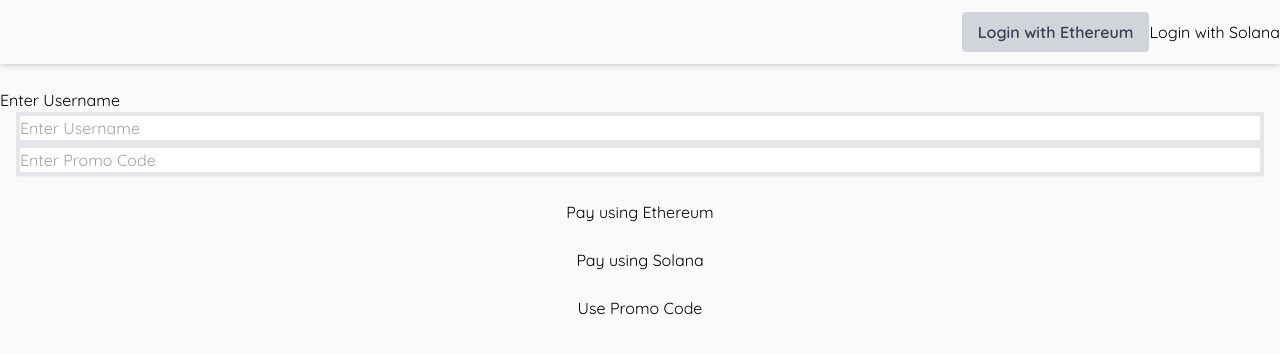
Repository: 22shivam/Polychain
Page: / (app in frontend/)
These files come from the project's save history. The page is drawn as it stood at one moment and after the next save; the edit follows.
The browser window is 1280 px wide. The pictures show the whole page.
The page's requests for data from a server got no answer. The project was rebuilt for these pictures with package versions that can differ from the ones it lists, and the page was loaded fresh each time. The framework's server and built-in components were replaced by stand-ins that run in the browser. No one was signed in, and anything a server would have sent is missing. Also part of the build but not shown: frontend/next.config.js.

Above is the page before, as saved 2022-01-01 11:52:08.

### frontend/pages/_app.js
import React from 'react';
import '../styles/globals.css'
import { useState, createContext } from 'react';

const UserContext = createContext({
  userAccount: "",
  setUserAccount: () => { }
});

function MyApp({ Component, pageProps }) {
  const [userAccount, setUserAccount] = useState({});
  const value = { userAccount, setUserAccount };
  console.log(userAccount)


  return (
    <UserContext.Provider value={value}>
      <Component {...pageProps} />
    </UserContext.Provider>
  )
}

export default MyApp
export { UserContext };

### frontend/pages/_document.js
import Document, { Html, Head, Main, NextScript } from 'next/document'

class MyDocument extends Document {
    render() {
        return (
            <Html>
                <Head>
                    <script src="https://cdn.jsdelivr.net/gh/alpinejs/alpine@v2.x.x/dist/alpine.min.js" defer></script>
                    <link rel="preconnect" href="https://fonts.googleapis.com" />
                    <link rel="preconnect" href="https://fonts.gstatic.com" crossorigin />
                    <link href="https://fonts.googleapis.com/css2?family=Quicksand:wght@300;400;500;600;700&display=swap" rel="stylesheet" />
                </Head>
                <body className='bg-gray-50'>
                    <Main />
                    <NextScript />
                </body>
            </Html>
        )
    }
}

export default MyDocument

### frontend/pages/index.js
import { useState, useEffect, useContext } from "react";
import transferSOL from "../lib/transferSol";
import transferEth from "../lib/transferEth";
import createPostRequest from "../lib/createPostRequest";
import { ethers } from "ethers";
import Link from 'next/link'
import getSolanaProvider from "../lib/getSolanaProvider";
import { UserContext } from "./_app";
import * as web3 from "@solana/web3.js";

export default function App() {
    console.log("rerendering")
    const [username, setUsername] = useState("")
    const [promoCode, setPromoCode] = useState("");
    const { userAccount, setUserAccount } = useContext(UserContext);

    const handleLogout = async () => {
        console.log(userAccount.blockchain)
        if (userAccount.blockchain == "sol") {
            window.solana.disconnect()
        }
        const response = await fetch("http://localhost:3001/logout", {
            credentials: 'include'
        })

        const processedResponse = await response.json()
        console.log(processedResponse)
        setUserAccount({})
    }

    useEffect(() => {
        // ask them to login either through solana or eth
        (async () => {
            console.log("fetching username details")
            const response = await fetch("http://localhost:3001/isLoggedIn", {
                credentials: 'include'
            })
            const processedResponse = await response.json()
            console.log("processedResponse", processedResponse)
            if (!processedResponse.isLoggedIn) {
                return console.log("please login first")
            } else {
                setUserAccount({ address: processedResponse.address, blockchain: processedResponse.blockchain })
            }
        })()
    }, [])

    useEffect(() => {
        if (window.ethereum) {
            window.ethereum.on('accountsChanged', handleLogout);
        }
        if (window.solana) {
            window.solana.on("disconnect", handleLogout)
        }
        return () => {
            if (window.ethereum) {
                window.ethereum.removeListener('accountsChanged', handleLogout);
            }
            if (window.solana) {
                window.solana.removeListener("disconnect", handleLogout);
            }
        }
    }, [])

    const registerUsingPromoCode = async (e) => {

        if (!window.ethereum)
            throw new Error("No Ethereum Crypto wallet found. Please install it.");
        // await window.ethereum.send("eth_requestAccounts");
        // const accounts = await window.ethereum.request({ method: 'eth_accounts' });
        if (!userAccount.address) {
            // ask them to login either through solana or eth
            return console.log("please login first")
        }

        const requestObject = {
            username,
            promoCode,
            address: userAccount.address,
            blockchain: userAccount.blockchain
        }

        try {
            const registrationResponse = await createPostRequest("http://localhost:3001/register/promo", requestObject)
            console.log(registrationResponse)
        } catch (err) { console.log("registration failed:", err) }

    }

    const registerUsingSolana = async (e) => {
        const coinbaseResponse = await fetch("https://api.coinbase.com/v2/exchange-rates")
        const data = await coinbaseResponse.json()
        const solPerUSD = data.data.rates.SOL
        const SOLpayValue = solPerUSD * 5
        const hash = await transferSOL(SOLpayValue, "AA6bqLgTzYPpFFH2R9XLdudibWcemLkKDRtZmPQEsEiS", setUserAccount);
        if (!hash) { return }

        const requestObject = {
            hash,
            username
        }

        try {
            const registrationResponse = await createPostRequest("http://localhost:3001/register/sol", requestObject)
            console.log(registrationResponse)
        } catch (err) { console.log("registration failed:", err) }


    }

    const registerUsingEthereum = async (e) => {
        // make get request to https://api.coinbase.com/v2/exchange-rates
        // get the USD value of ETH
        const coinbaseResponse = await fetch("https://api.coinbase.com/v2/exchange-rates")
        const data = await coinbaseResponse.json()
        const ethPerUSD = data.data.rates.ETH
        const ETHpayValue = ethPerUSD * 5

        const tx = await transferEth({
            ether: ETHpayValue.toString(),
            addr: "0x76aEB5092D8eabCec324Be739b8BA5dF473F0055"
        }, setUserAccount)
        if (!tx) { return }

        const requestObject = {
            tx,
            username
        }
        try {
            const registrationResponse = await createPostRequest("http://localhost:3001/register/eth", requestObject)
            console.log(registrationResponse)
        } catch (err) { console.log("registration failed:", err) }
    }

    const ethLogin = async (e) => {
        try {
            if (!window.ethereum)
                throw new Error("No Ethereum Crypto wallet found. Please install it.");
            // await window.ethereum.send("eth_requestAccounts");
            // const accounts = await window.ethereum.request({ method: 'eth_accounts' });
            const accounts = await window.ethereum.request({
                method: "wallet_requestPermissions",
                params: [{
                    eth_accounts: {}
                }]
            }).then(() => ethereum.request({
                method: 'eth_requestAccounts'
            }))
            // const accounts = await ethereum.request({ method: "eth_requestAccounts" })
            const provider = new ethers.providers.Web3Provider(window.ethereum);
            const signer = provider.getSigner();
            const message = `Logging in.... \n \n Random ID: ${Math.random().toString(36).slice(2)}`
            const signature = await signer.signMessage(message)
            const requestObject = {
                signature,
                message,
                address: accounts[0]
            }
            const loginResponse = await createPostRequest("http://localhost:3001/login/eth", requestObject)

            if (loginResponse.success) {
                setUserAccount({ address: accounts[0], blockchain: "eth" })
            }

            console.log(loginResponse)
        } catch (err) { console.log(err) }

    }

    const solLogin = async (e) => {
        try {
            const provider = await (async () => {
                if ("solana" in window) {
                    // await window.solana.request({ method: "disconnect" });
                    await window.solana.connect();
                    const provider = window.solana;
                    console.log("Is Phantom installed?  ", provider.isPhantom);
                    return provider
                } else {
                    window.open("https://www.phantom.app/", "_blank");
                }
            })()
            const message = `Logging in.... \n \n Random ID: ${Math.random().toString(36).slice(2)}`
            const encodedMessage = new TextEncoder().encode(message);
            const signedMessage = await window.solana.signMessage(encodedMessage, "utf8")
            console.log(JSON.parse(JSON.stringify(signedMessage.publicKey)).toString())
            console.log(signedMessage.publicKey.toBase58()) // returns publickey in base58.
            console.log(new web3.PublicKey(signedMessage.publicKey.toBase58()))
            console.log(Object.getPrototypeOf(signedMessage.publicKey))
            console.log(signedMessage.publicKey)
            console.log(signedMessage.publicKey)
            console.log(signedMessage.publicKey._bn)
            console.log(signedMessage)
            console.log(JSON.stringify(signedMessage))


            const requestObject = {
                signedMessage: signedMessage,
                message,
                address: signedMessage.publicKey.toBytes(),
                publicKey: signedMessage.publicKey.toBase58()

            }
            const loginResponse = await createPostRequest("http://localhost:3001/login/sol", requestObject)

            if (loginResponse.success) {
                setUserAccount({ address: signedMessage.publicKey.toString(), blockchain: "sol" })
            }

            console.log(loginResponse)
        } catch (err) { console.log(err) }
    }


    return (
        <div className="flex flex-col">
            <div className="flex flex-row shadow-md" id="nav_bar">
                <div className="grow-0" id="left_nav_bar"> </div>
                <div className="grow" id="spacer">  </div>
                <div className="grow-0 my-3" id="right_nav_bar">
                    {userAccount.address ?
                        <div>
                            <h1><Link href="/dashboard">Dashboard</Link></h1>
                            <button onClick={handleLogout}>Logout</button>
                        </div>
                        : (
                            <div>
                                <button className="bg-gray-300 text-gray-700 font-semibold py-2 px-4 rounded inline-flex items-center" onClick={ethLogin}>Login with Ethereum</button>
                                <button onClick={solLogin}>Login with Solana</button>
                            </div>
                        )}


                </div>
            </div>

            <br />
            <h1> Enter Username </h1>
            <input value={username} onChange={(e) => { setUsername(e.target.value) }} className="shadow-sm mr-4 ml-4 border-4" name="ether" type="text" placeholder="Enter Username" />
            <input value={promoCode} onChange={(e) => { setPromoCode(e.target.value) }} className="shadow-sm mr-4 ml-4 border-4" name="ether" type="text" placeholder="Enter Promo Code" />
            <br />
            <button onClick={registerUsingEthereum}>Pay using Ethereum</button>
            <br />
            <button onClick={registerUsingSolana}>Pay using Solana</button>
            <br />
            <button onClick={registerUsingPromoCode}>Use Promo Code</button>
        </div>

    );
}

### frontend/styles/globals.css
@tailwind base;
@tailwind components;
@tailwind utilities;

html,
body {
  padding: 0;
  margin: 0;
  font-family: Quicksand, -apple-system, BlinkMacSystemFont, Segoe UI, Roboto, Oxygen,
    Ubuntu, Cantarell, Fira Sans, Droid Sans, Helvetica Neue, sans-serif;
}

a {
  color: inherit;
  text-decoration: none;
}

* {
  box-sizing: border-box;
}

### frontend/lib/transferSol.js
import getSolanaProvider from "./getSolanaProvider";
import * as web3 from '@solana/web3.js';

export default async function transferSOL(solAmount, toAddr, setUserAccount) {
    // Detecing and storing the phantom wallet of the user (creator in this case)
    var provider = await getSolanaProvider();

    // Establishing connection
    var connection = new web3.Connection(
        web3.clusterApiUrl('devnet'), // change to mainnet-beta when deploying
    );
    var recieverWallet = new web3.PublicKey(toAddr);
    console.log("pblickey of sender", provider.publicKey)
    var transaction = new web3.Transaction().add(
        web3.SystemProgram.transfer({
            fromPubkey: provider.publicKey,
            toPubkey: recieverWallet,
            lamports: solAmount * web3.LAMPORTS_PER_SOL
        }),
    );

    // Setting the variables for the transaction
    transaction.feePayer = await provider.publicKey;
    let blockhashObj = await connection.getRecentBlockhash();
    transaction.recentBlockhash = await blockhashObj.blockhash;
    // Request creator to sign the transaction (allow the transaction)
    let signed = await provider.signTransaction(transaction);
    // The signature is generated
    let hash = await connection.sendRawTransaction(signed.serialize());
    console.log(hash)
    // Confirm whether the transaction went through or not
    if (setUserAccount) {
        setUserAccount({ address: provider.publicKey, blockchain: "sol" })
    }
    await connection.confirmTransaction(hash);
    return hash
}

### frontend/lib/transferEth.js
import { ethers } from 'ethers'
import { toBn } from 'evm-bn';

const transferEth = async ({ ether, addr }, setUserAccount) => {
    try {
        if (!window.ethereum)
            throw new Error("No crypto wallet found. Please install it.");

        const accounts = await ethereum.request({ method: "eth_requestAccounts" })
        // await window.ethereum.request({ method: 'eth_accounts' });
        const provider = new ethers.providers.Web3Provider(window.ethereum);
        const signer = provider.getSigner();
        const tx = await signer.sendTransaction({
            to: addr,
            value: toBn(ether)
        });
        if (setUserAccount) {
            setUserAccount({ address: accounts[0], blockchain: "eth" })
        }
        return tx
    } catch (err) {
        alert(err.message)
    }
};

export default transferEth

### frontend/lib/createPostRequest.js

const createPostRequest = async (url, requestObject) => {
    const response = await fetch(url, {
        method: 'POST', // *GET, POST, PUT, DELETE, etc.
        mode: 'cors', // no-cors, *cors, same-origin
        cache: 'no-cache', // *default, no-cache, reload, force-cache, only-if-cached
        credentials: 'include', // include, *same-origin, omit
        headers: {
            'Content-Type': 'application/json'
            // 'Content-Type': 'application/x-www-form-urlencoded',
        },
        redirect: 'follow', // manual, *follow, error
        referrerPolicy: 'no-referrer', // no-referrer, *no-referrer-when-downgrade, origin, origin-when-cross-origin, same-origin, strict-origin, strict-origin-when-cross-origin, unsafe-url
        body: JSON.stringify(requestObject) // body data type must match "Content-Type" header
    });

    const processedResponse = await response.json();

    return processedResponse
}

export default createPostRequest;

### frontend/lib/getSolanaProvider.js
const getSolanaProvider = async () => {
    if ("solana" in window) {
        await window.solana.connect();
        const provider = window.solana;
        if (provider.isPhantom) {
            console.log("Is Phantom installed?  ", provider.isPhantom);
            return provider;
        }
    } else {
        window.open("https://www.phantom.app/", "_blank");
    }
};

export default getSolanaProvider;

Loaded but not shown: frontend/tailwind.config.js (common file)

After the next save:
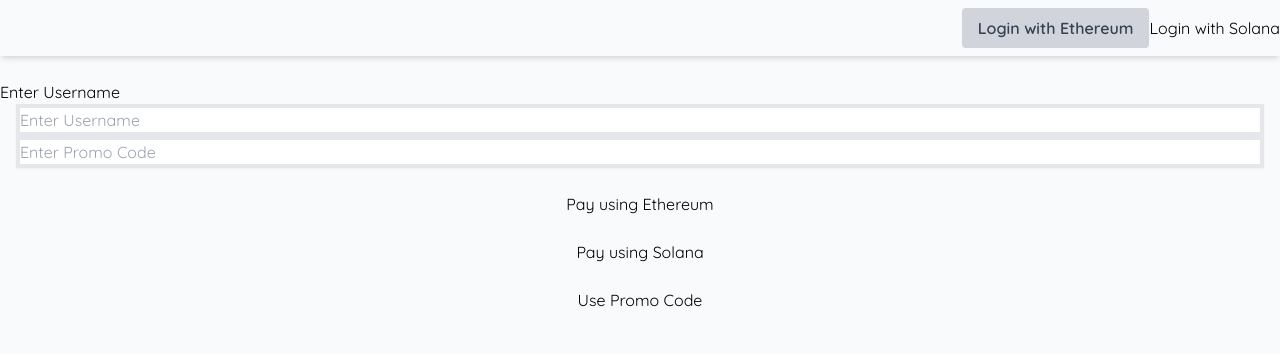
Saved 8 s later.
--- a/frontend/pages/index.js
+++ b/frontend/pages/index.js
@@ -217,7 +217,7 @@ export default function App() {
             <div className="flex flex-row shadow-md" id="nav_bar">
                 <div className="grow-0" id="left_nav_bar"> </div>
                 <div className="grow" id="spacer">  </div>
-                <div className="grow-0 my-3" id="right_nav_bar">
+                <div className="grow-0 my-2" id="right_nav_bar">
                     {userAccount.address ?
                         <div>
                             <h1><Link href="/dashboard">Dashboard</Link></h1>
